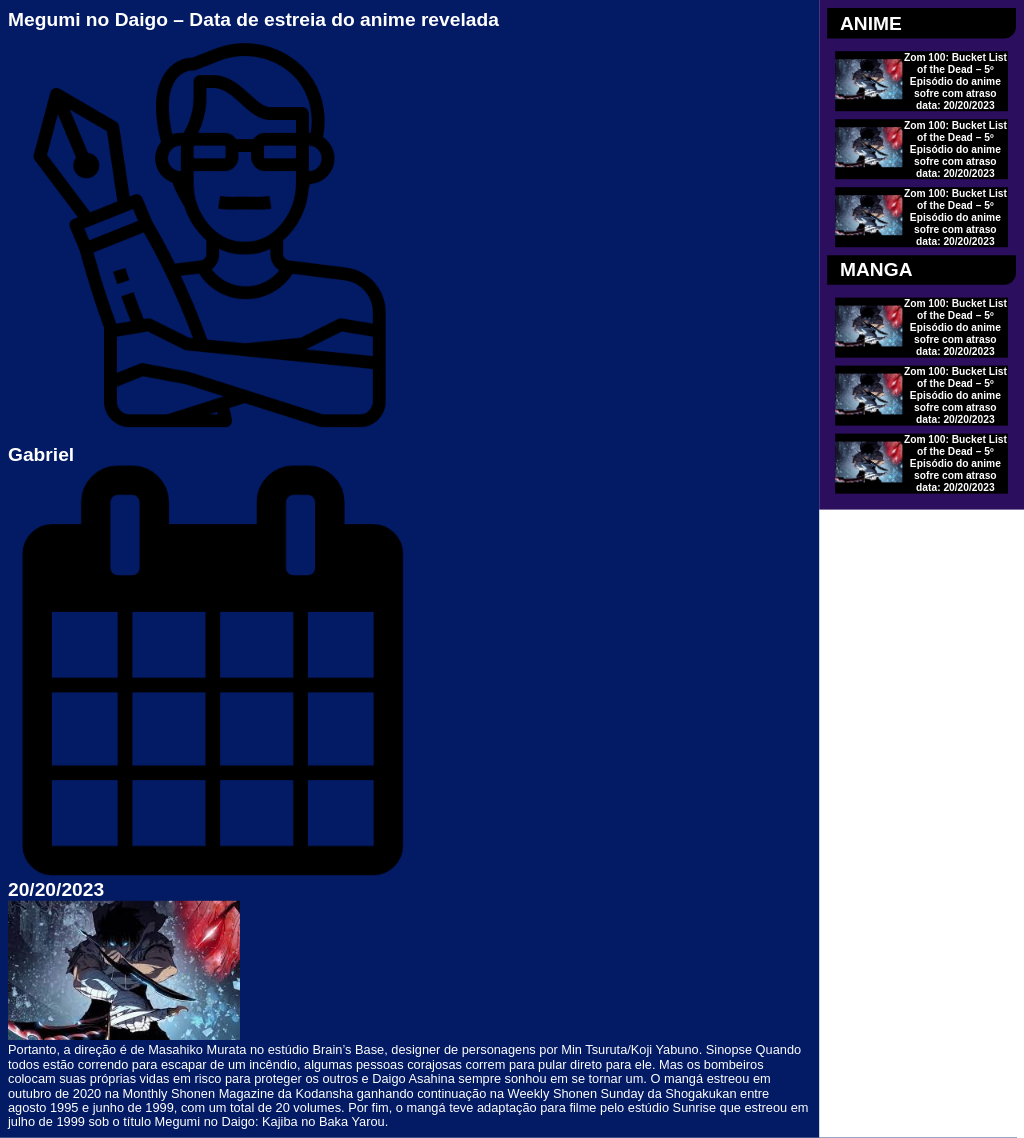
Repository: GabriellShi/blog-anime
Page: a-noticia.html
These files come from the project's save history. The page is drawn as it stood at one moment and after a run of saves; the edit follows.
The browser window is 1280 px wide. The pictures show the whole page, at 80% of full size.

Above is the page before, as saved 2023-08-03 23:03:13.

After the next 2 saves:
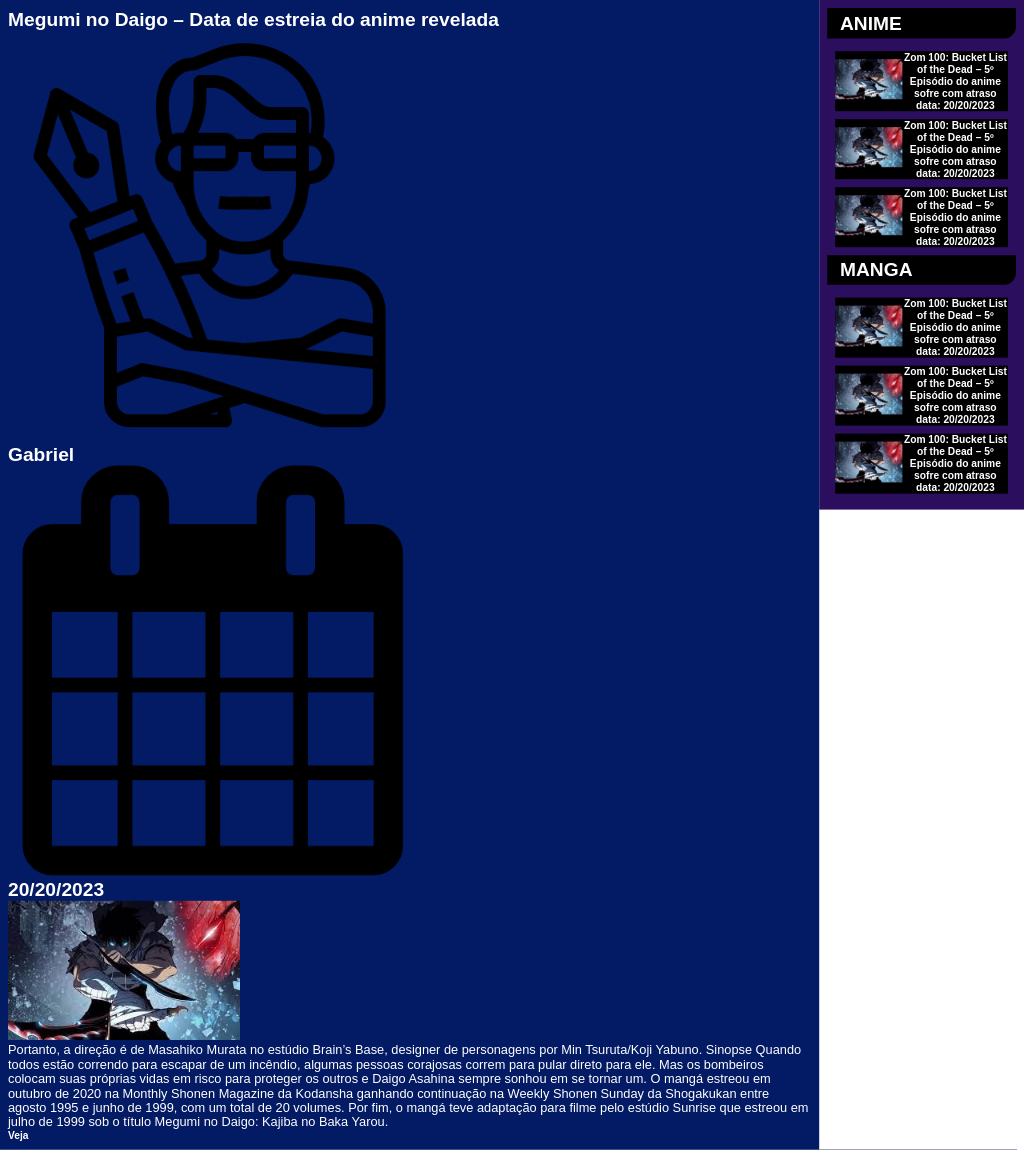
The 2 saves are shown as one change because they came seconds apart.
The last was saved 6 s later.
--- a/a-noticia.html
+++ b/a-noticia.html
@@ -36,7 +36,7 @@
             </p>
         </div>
 
-        <div></div>
+        <div><h3>Veja</h3></div>
     </section>
     <section class="lado-direito-pai">
         <h1 class="titulo-destaque-index">ANIME</h1>
